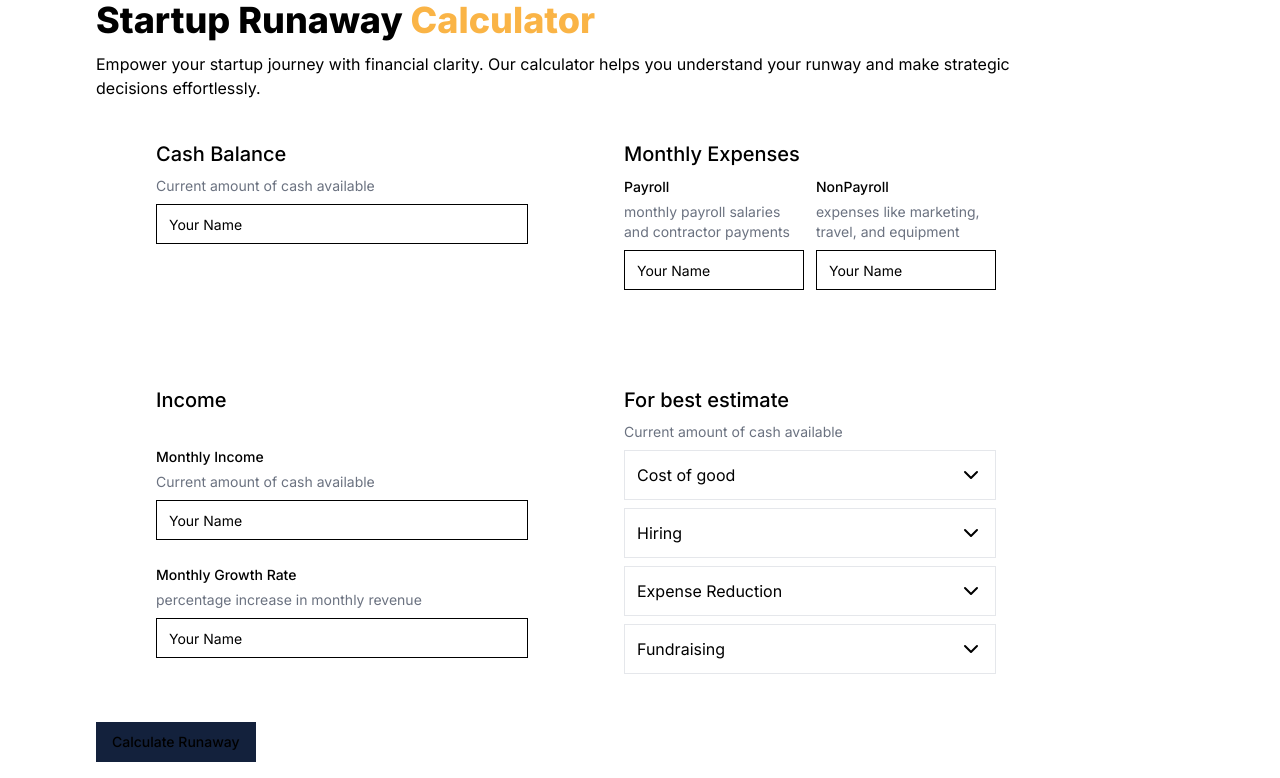
Repository: wossenF/startup-runaway-calculator
Page: /
These files come from the project's save history. The page is drawn as it stood at one moment and after the next save; the edit follows.
The browser window is 1280 px wide. The pictures show the whole page.
The project was rebuilt for these pictures with package versions that can differ from the ones it lists, and the page was loaded fresh each time. The framework's server and built-in components were replaced by stand-ins that run in the browser. Also part of the build but not shown: next.config.mjs.

Above is the page before, as saved 2024-04-08 13:56:15.

After the next save:
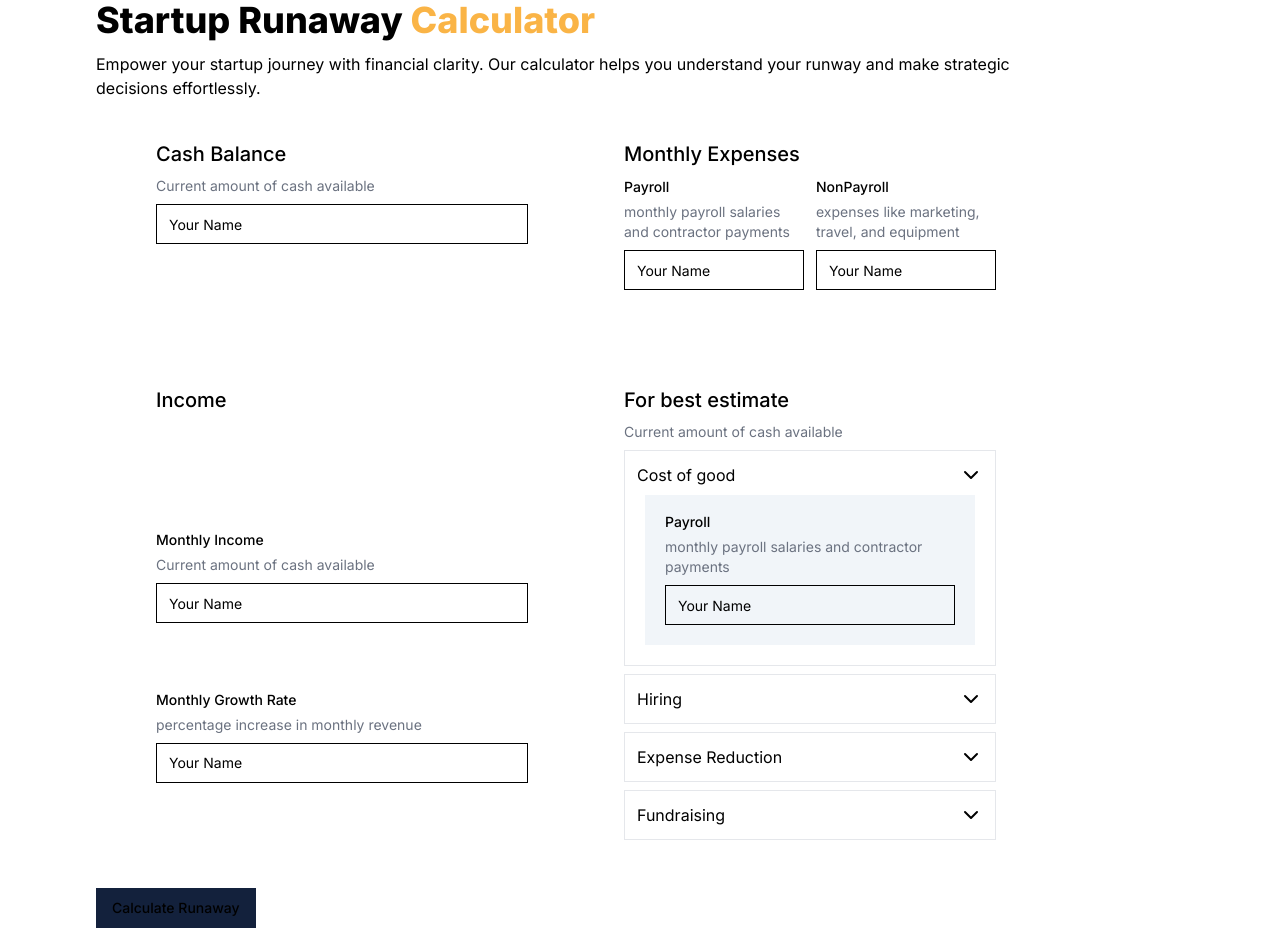
Saved 8 s later.
--- a/src/components/UserInput.tsx
+++ b/src/components/UserInput.tsx
@@ -77,7 +77,7 @@ const UserInput = () => {
               <ChevronDown />
             </div>
 
-            <div className=" hidden p-5 bg-slate-100 m-2">
+            <div className=" p-5 bg-slate-100 m-2">
             <form className="grid gap-2">
               <Label className="">Payroll</Label>
               <p className="text-gray-500 text-sm ">
